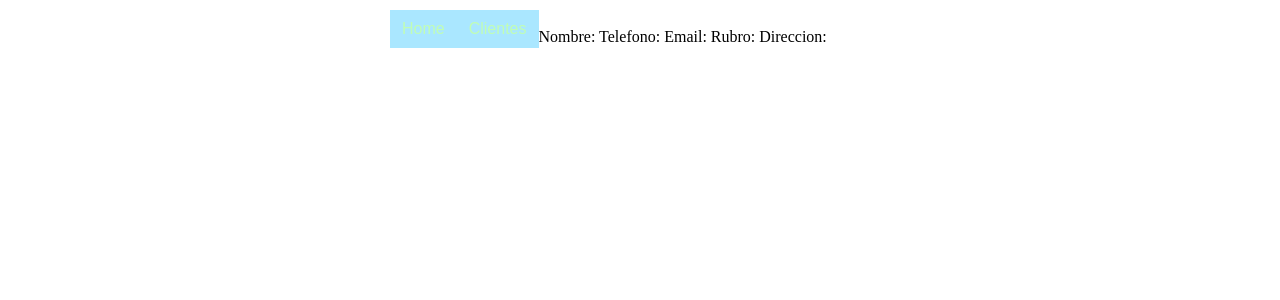
Repository: felipeps23/Java
Page: http://localhost/CRUD-MVC/AgregarCliente
An editor plug-in stored every save of this project. The page is shown before and after the next save, followed by the edit.
The browser window is 1280 px wide. The pictures show the whole page.
The page is served by Tomcat 9. Other server files are loaded and not shown.

Above is the page before, as saved 2021-10-03 18:13:16.

### CRUD-MVC/src/main/webapp/AgregarCliente.jsp
<%@ page language="java" contentType="text/html; charset=ISO-8859-1"
    pageEncoding="ISO-8859-1"%>
<!DOCTYPE html>
<html>
<head>
	<meta charset="ISO-8859-1">
	<title>Agregar Cliente</title>
	<link rel="stylesheet" type="text/css" href="style.css">
	<%@ taglib prefix="c" uri="http://java.sun.com/jsp/jstl/core" %>
</head>
<body>
	<div id="header">
		<ul class="nav">
			<li><a href="${pageContext.request.contextPath}/index.jsp">Home</a></li>
			<li><a>Clientes</a>
				<ul>
					<li><a href="${pageContext.request.contextPath}/AgregarCliente.jsp">Agregar Cliente</a></li>
					<li><a href="${pageContext.request.contextPath}/VerDetalleCliente">Ver Cliente</a></li>
					<li><a href="${pageContext.request.contextPath}/ListadoClientes">Listar Clientes</a></li>
					<li><a href="${pageContext.request.contextPath}/EditarCliente">Editar Cliente</a></li>
					<li><a href="${pageContext.request.contextPath}/EliminarCliente">Eliminar Cliente</a></li>
				</ul>
			</li>
		</ul>
	</div>
	<br>
	<c:if test="${ccmensaje != null }">
		<h3><c:out value="${ccmensaje}"></c:out></h3>
	</c:if>

	<form action="AgregarCliente" method="post">
		<label>Nombre:</label>
		<label>Telefono:</label>
		<label>Email:</label>
		<label>Rubro:</label>
		<label>Direccion:</label>
	</form>
</body>
</html>

### CRUD-MVC/src/main/java/controlador/AgregarCliente.java
package controlador;

import java.io.IOException;

import javax.servlet.ServletException;
import javax.servlet.annotation.WebServlet;
import javax.servlet.http.HttpServlet;
import javax.servlet.http.HttpServletRequest;
import javax.servlet.http.HttpServletResponse;

import dao.ClienteDao;
import modelo.Cliente;

/*
 *
 * Servlet implementacion de clase ClienteController
 *
 */

@WebServlet("/AgregarCliente")
public class AgregarCliente extends HttpServlet {

	/**
	 *
	 */
	private static final long serialVersionUID = 1L;

	public AgregarCliente() {
		super();
	}

	protected void doGet(HttpServletRequest request, HttpServletResponse response) throws ServletException, IOException {

		request.getRequestDispatcher("AgregarCliente.jsp").forward(request, response);
	}

	protected void doPost(HttpServletRequest request, HttpServletResponse response) throws ServletException, IOException {

		String nombre = request.getParameter("nombre");
		int telefono = Integer.parseInt(request.getParameter("telefono"));
		String email = request.getParameter("email");
		String rubro = request.getParameter("rubro");
		String direccion = request.getParameter("direccion");

		Cliente cli = new Cliente(nombre, telefono, email, rubro, direccion);
		ClienteDao clientedao = new ClienteDao();

		boolean agregar = false;
		agregar = clientedao.agregar(cli);

		String mensaje = "";

		if (agregar) {
			mensaje = "El cliente se agrego correctamente";
		} else {
			mensaje = "Ocurrio un error al procesar la solicitud";
		}

		request.setAttribute("ccmensaje", mensaje);
		request.getRequestDispatcher("AgregarCliente.jsp").forward(request, response);

	}

}

### CRUD-MVC/src/main/webapp/style.css
@charset "ISO-8859-1";

*{
	margin:0px;
	padding:0px;

}

#header {
	margin:auto;
	width:500px;
	font-family:Arial, Helvetica, sans-serif;
	margin-bottom:10px;
}

ul, ol {
	list-style:none;
}

.nav > li {
	float:left;
}

.nav li a {
	background-color:rgb(170, 231, 255);
	color:rgb(193, 253, 181);
	text-decoration:none;
	padding:10px 12px;
	display:block;
}

.nav li a:hover {
	background-color:#2649a8;
}

.nav li ul {
	display:none;
	position:absolute;
	min-width:140px;
}

.nav li:hover > ul {
	display:block;
}

.nav li ul li {
	position:relative;
}

.nav li ul li ul {
	right:-140px;
	top:0px;
}

After the next save:
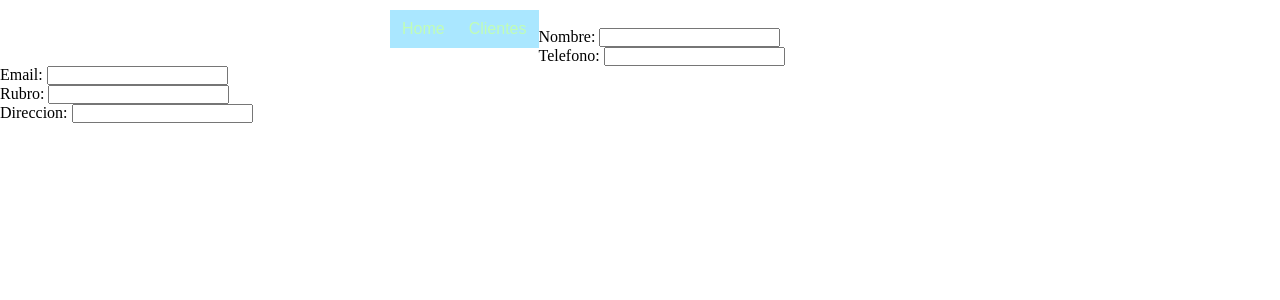
Saved 38 s later.
--- a/CRUD-MVC/src/main/webapp/AgregarCliente.jsp
+++ b/CRUD-MVC/src/main/webapp/AgregarCliente.jsp
@@ -30,10 +30,15 @@
 
 	<form action="AgregarCliente" method="post">
 		<label>Nombre:</label>
+		<input type="text" name="nombre"><br>
 		<label>Telefono:</label>
+		<input type="text" name="nombre"><br>
 		<label>Email:</label>
+		<input type="text" name="nombre"><br>
 		<label>Rubro:</label>
+		<input type="text" name="nombre"><br>
 		<label>Direccion:</label>
+		<input type="text" name="nombre"><br>
 	</form>
 </body>
 </html>
